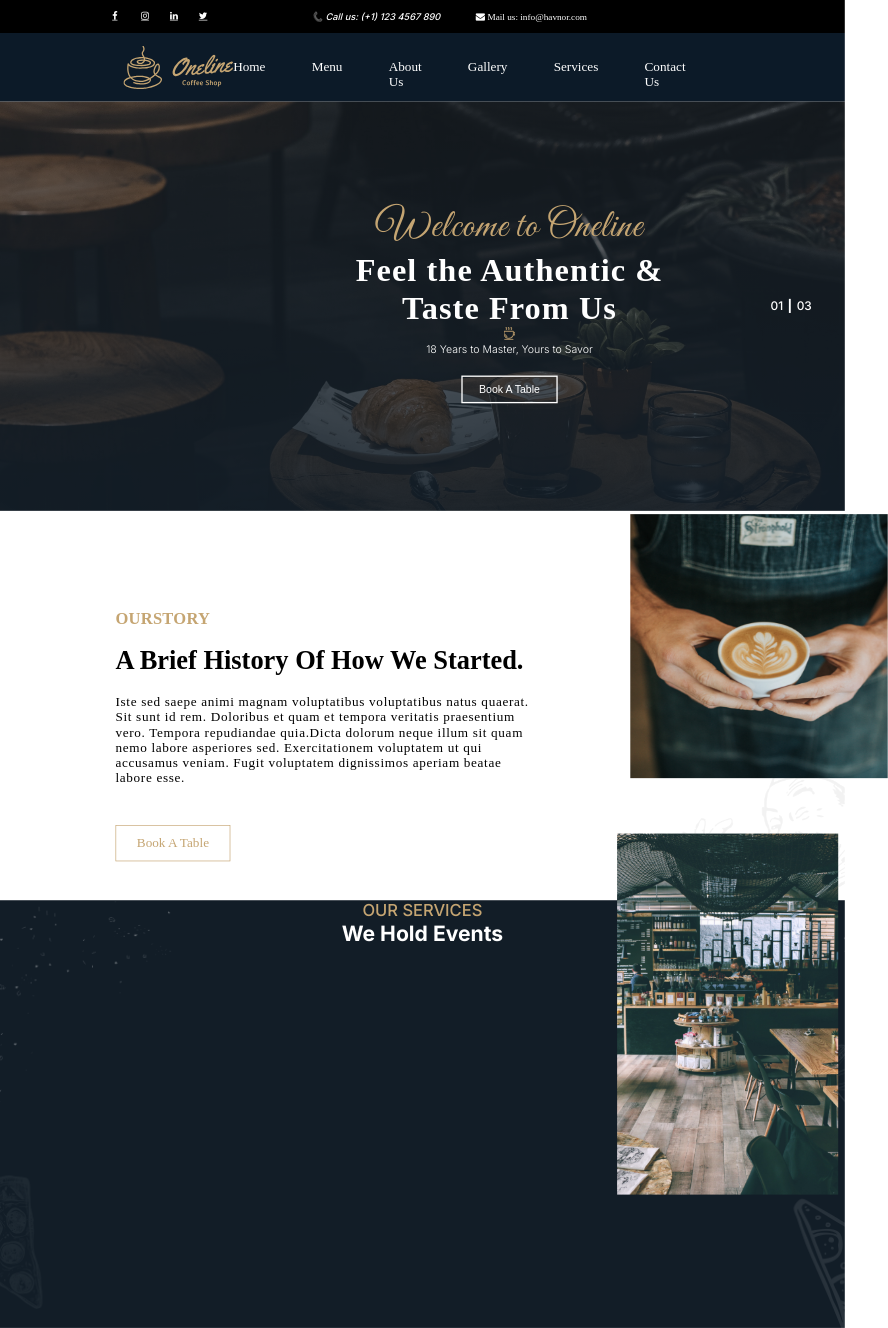
Repository: abhayzulasana/Online-Coffee-Shop
Page: index.html
These files come from the project's save history. The page is drawn as it stood at one moment and after the next save; the edit follows.
The browser window is 1280 px wide. The page is 1345 px wide, so the pictures cover 1345 px, including what lies to the right of the window. The pictures show the whole page, at 66% of full size.

Above is the page before, as saved 2025-05-21 13:40:26.

### index.html
<!DOCTYPE html>
<html lang="en">
<head>
  <meta charset="UTF-8" />
  <meta name="viewport" content="width=device-width, initial-scale=1.0" />
  <title>Oneline Coffee Shop</title>
  <link rel="stylesheet" href="style.css" />
  <link rel="stylesheet" href="https://cdnjs.cloudflare.com/ajax/libs/font-awesome/4.7.0/css/font-awesome.min.css">

  <link rel="preconnect" href="https://fonts.googleapis.com" />
  <link rel="preconnect" href="https://fonts.gstatic.com" crossorigin />
  <link href="https://fonts.googleapis.com/css2?family=Great+Vibes&family=Inter:wght@300;500;700&display=swap" rel="stylesheet">
</head>
<body>
  <header class="top-bar">
    <div class="social-icons">
      <a href="#" class="fa fa-facebook"></a>
      <a href="#" class="fa fa-instagram"></a>
      <a href="#" class="fa fa-linkedin"></a>
      <a href="#" class="fa fa-twitter"></a>

    </div>
    <div class="contact-info">
      <i class="call"> 📞   Call us: (+1) 123 4567 890</i>
      <i class="fa fa-envelope">    Mail us: info@havnor.com</i>

    </div>
  </header>

  <nav class="navbar">
    <div class="logo">
      <img src="img/cafelogo.svg">
      <!-- <span>☕</span>
      <span class="logo-text">Oneline <small>Coffee Shop</small></span> -->
    </div>
    <ul class="nav-links">
      <li>Home</li>
      <li>Menu</li>
      <li>About Us</li>
      <li>Gallery</li>
      <li>Services</li>
      <li>Contact Us</li>
    </ul>
  </nav>

  <section class="hero">
    <div class="hero-content">
  <center>
      <h2>Welcome to Oneline</h2>
      <h1>Feel the Authentic & Taste From Us</h1>
      <img src="img/cafe.svg">

      <!-- <div class="divider">☕</div> -->
      <p>18 Years to Master, Yours to Savor</p>
      <button>Book A Table</button>
    </div>
  </center>
    <div class="scroll-number">
      <span>01</span>
      <span>┃</span>
      <span>03</span>
    </div>
  </section >

   <div class="over-story">
    <div class="over-story-content">
        <h1>ourstory</h1>
        <h2>A Brief History Of How We Started.</h2>
        <p>Iste sed saepe animi magnam voluptatibus voluptatibus natus quaerat. Sit sunt id rem. Doloribus et quam et tempora veritatis praesentium vero. Tempora repudiandae quia.Dicta dolorum neque illum sit quam nemo labore asperiores sed. Exercitationem voluptatem ut qui accusamus veniam. Fugit voluptatem dignissimos aperiam beatae labore esse.</p>
        <button>Book A Table</button>
    </div>
    <div class="our-img">
        <img  class="img1" src="img/ourstory1.png">
        <img class="img2" src="img/ourstory2.png">

      </div>
   </div>
   <div class="our-services">
      <div class="text-content">
        <p class="section-title" align="center">OUR SERVICES</p>
        <h1 align="center">We Hold Events</h1>
      </div>
   </div>
</body>
</html>

### style.css
/* Reset & Base */
* {
    margin: 0;
    padding: 0px;
    box-sizing: border-box;
  }

  body {
    font-family: 'Inter', sans-serif;
    color: white;
    /* margin-left:90px; */
    height: 100vh;
  }
  html {
    scroll-behavior: smooth;
    /*Adds smooth scrolling instead of snapping to element*/
  }

  /* Top Bar */
  .top-bar {
    top: 0px;
    width: 100%;
    height: 50px;
    background-color: #000;
    color: white;
    display: flex;
    justify-content: space-between;
    padding: 10px 30px;
    font-size: 14px;

  }

  .social-icons a {
    margin-top:7px;
    width:40px;
    height: 17px;

    /* margin-right: 10px; */
    color: white;
    /* margin-left: 0px; */
    /* gap: 10px; */
  }
  .fa-facebook{
    margin-left: 140px;
  }
  .contact-info{
      display: flex;
      gap: 40px;
      margin-right: 320px;
      font-family: 'Inter', sans-serif;

      align-items: center;

  }
  .call{
      /* gap: 70px; */
      font-family: 'Inter', sans-serif;

      /* font: normal normal medium 16px/19px Montserrat; */
      width: 209px;
  }
  .fa-envelope{
    width: 209px;
    font-family: 'Inter', sans-serif;

  }

  /* Navbar */
  .navbar {
    top: 47px;
    margin-left: 0px;
    width: 100%;
    height: 104px;
    background-color: #0c1a28;
    display: flex;
    justify-content: space-between;
    text-align: left;
    /* align-items: center; */
    padding: 15px 50px;
  }

  .logo {
    display: flex;
    align-items: center;
    font-size: 70px;
    /* color: #C5A572; */
  }
.logo img{
  margin-left: 137px;
}
  /* .logo span{
    margin-left: 50px;
    color: #C5A572;
  } */
  .logo-text {
    top: 81px;
    width: 92px;
    height: px;
    color: #C5A572;
    font-family: 'Great Vibes', cursive;
    margin-left: 210px;
    font-size: 45px;
  }

  .logo-text small {
    display: block;
    font-size: 12px;
    font-family: 'Inter', sans-serif;
  }

  .nav-links {
    /* margin-left: 57px; */
    margin-right: 290px;
    margin-top: 23px;
    height: 24px;
    list-style: none;
    display: flex;
    gap: 70px;
    /* text-align: left; */
    font: normal normal normal 20px/24px Montserrat;
    color: #FFFFFF;
    opacity: 1;
  }

  .nav-links li {
    cursor: pointer;
  }

  /* Hero Section */
  .hero {
    top: 151px;
    left: 0px;
    width: 100%;
    height: 100px;
    display: flex;
    justify-content: space-between;
    align-items: center;
    height: calc(100vh - 100px);
    padding: 0 50px;
    background: url('img/bgcafe.png');
  background-repeat: no-repeat;
  background-size: cover;
  background-position: center;
  }

  .hero-content {
    top: 398px;
    margin-left: 427px;
    width: 857px;
    height: 317px;
    max-width: 50%;
  }

  .hero-content h2 {
    /* text-align: left; */
    font: normal normal normal 60px/75px Great Vibes;
    letter-spacing: 1.2px;
    color: #C5A572;

  }

  .hero-content h1 {
    font: normal normal normal ;
    font-family:Bellefair;
    font-size: 49px;
    letter-spacing: 1.6px;

    /* margin-bottom: 20px; */
  }

  .divider {
    font-size: 20px;
    color: #d4af37;
    margin-bottom: 10px;
  }

  .hero-content p {
    margin-bottom: 30px;
    font-weight: 300;
  }

  .hero-content button {
    padding: 10px 25px;
    font-size: 16px;
    background-color: transparent;
    border: 2px solid white;
    color: white;
    cursor: pointer;
    transition: 0.3s;
  }

  .hero-content button:hover {
    background-color: white;
    color: #000;
  }

  .scroll-number {
    text-align: center;
    font-size: 18px;
    line-height: 1.8;
  }
/* over story */
.over-story{
  height: 82vh;
  width: 100%;
  color: #000;
  display: flex;
  background: url('img/ourstorybg2.png') right bottom no-repeat;
  /* background-repeat: no-repeat; */
  /* background-size: cover; */
  /* background-position: center; */

}
.over-story-content h1{
      display: flex;
  font-size: 25px;
  margin-left: 175px;
  margin-top: 150px;
  width: 133px;
  height: 27px;
  text-align: left;
  font-family:'Montserrat';
  letter-spacing: 0.38px;
  color: #C5A572;
  text-transform: uppercase;
}
.over-story-content h2{
    font-family: 'Bellefair';
    font-size: 40px;
    margin-left: 175px;
    margin-top: 25px;
    width: 700px;
    height: 51px;
    text-transform: capitalize;
opacity: 1;
}
.over-story-content p{
  font-family: 'Montserrat';
  font-size: 20px;
  margin-left: 175px;
  margin-top: 25px;
  width: 632px;
  /* height: 51px; */
  letter-spacing: 1px;
}

.over-story-content button{
  margin-top: 60px;
  margin-left: 175px;
  font-family:'Montserrat';
  font-size: 20px;
  background-color: transparent;
  color: #C5A572;
  cursor: pointer;
  transition: 0.3s;
  border: 1px solid #C5A572;
  width: 174px;
  height: 55px;
}
.over-story-content button:hover {
  background-color: white;
  color: #421f1f;
}
/* .our-img{
  height:700px;
} */
.img1{
  margin-top: 5px;
  margin-left: 80px;
  width: 390px;
  height: 400px;
}
.img2{
  margin-top: 80px;
  margin-left: 60px;
  /* width: 335px;
  height: 547px; */
}

/* our services */
.our-services{
  height: 90vh;
  background: url('img/ourserviceimg.png');
  /* background-repeat: no-repeat; */
  background-size: cover;
  background-position: center;
}

.section-title{
  color:#C5A572;
  font-size: 25px;
}

After the next save:
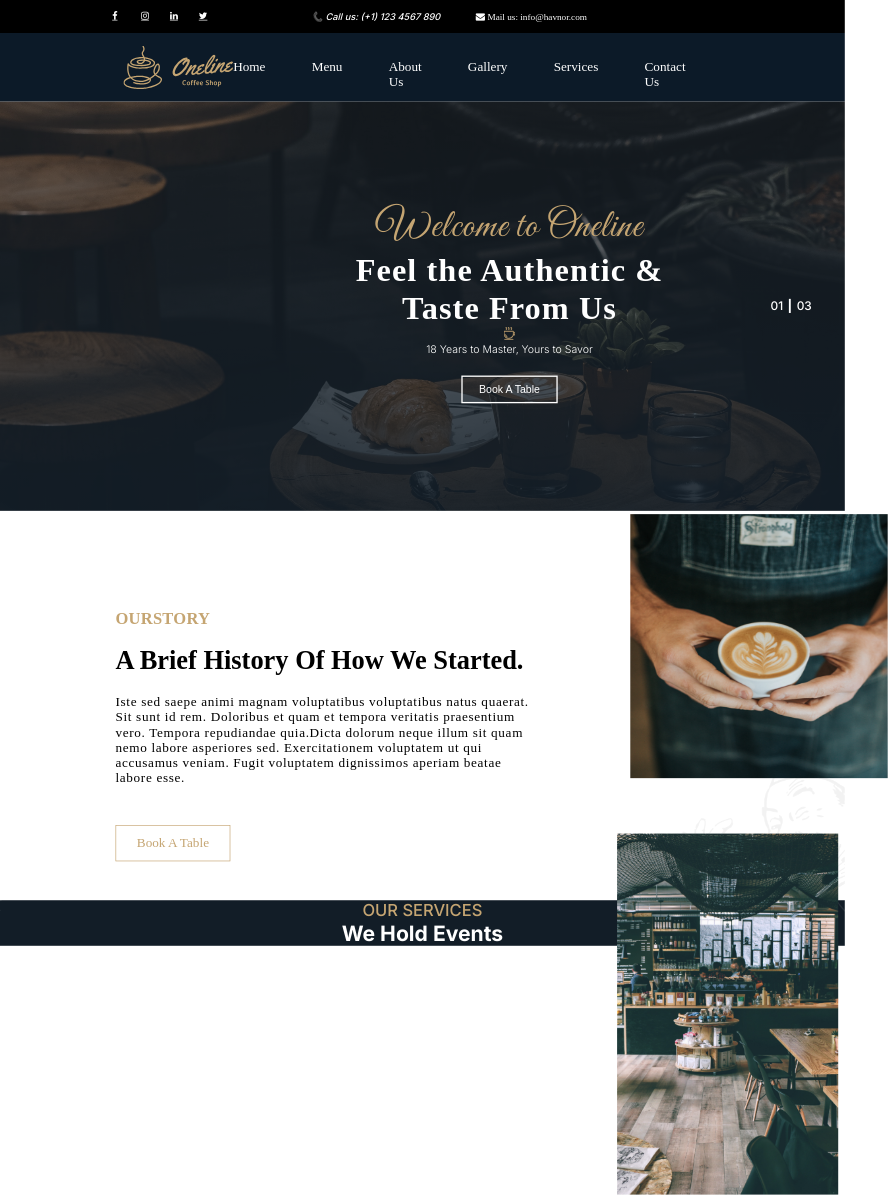
Saved 25 s later.
--- a/style.css
+++ b/style.css
@@ -279,7 +279,7 @@
 
 /* our services */
 .our-services{
-  height: 90vh;
+  /* height: 90vh; */
   background: url('img/ourserviceimg.png');
   /* background-repeat: no-repeat; */
   background-size: cover;

After the save that followed:
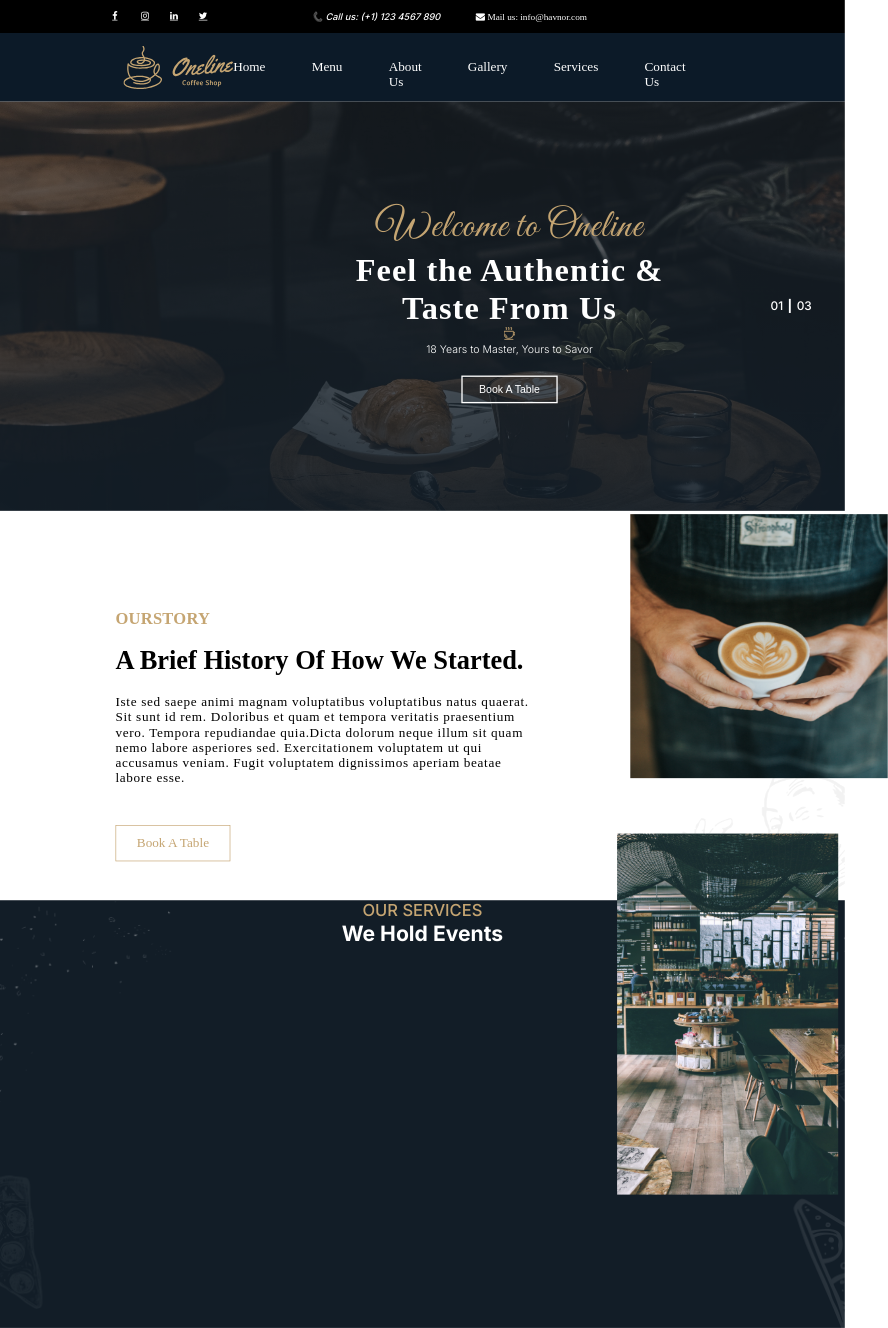
Saved 20 s later.
--- a/style.css
+++ b/style.css
@@ -279,7 +279,7 @@
 
 /* our services */
 .our-services{
-  /* height: 90vh; */
+  height: 90vh;
   background: url('img/ourserviceimg.png');
   /* background-repeat: no-repeat; */
   background-size: cover;
